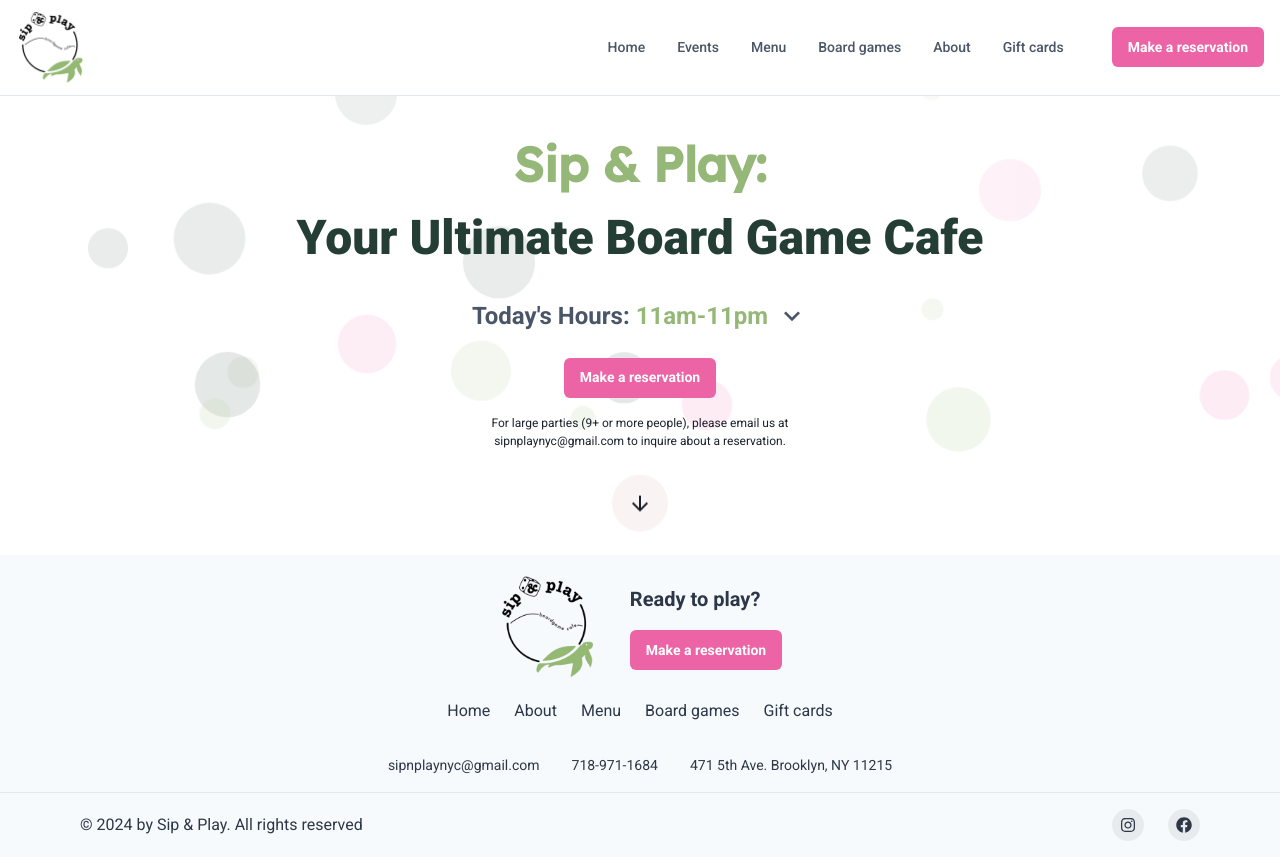
Repository: natespinetti/codedexsummerhackathon
Page: /
An editor plug-in stored every save of this project. The page is shown before and after the next save, followed by the edit.
The browser window is 1280 px wide. The pictures show the whole page.
The project was rebuilt for these pictures with package versions that can differ from the ones it lists, and the page was loaded fresh each time. The framework's server and built-in components were replaced by stand-ins that run in the browser. Also part of the build but not shown: next.config.mjs.

Above is the page before, as saved 2024-07-11 16:43:04.

After the next save:
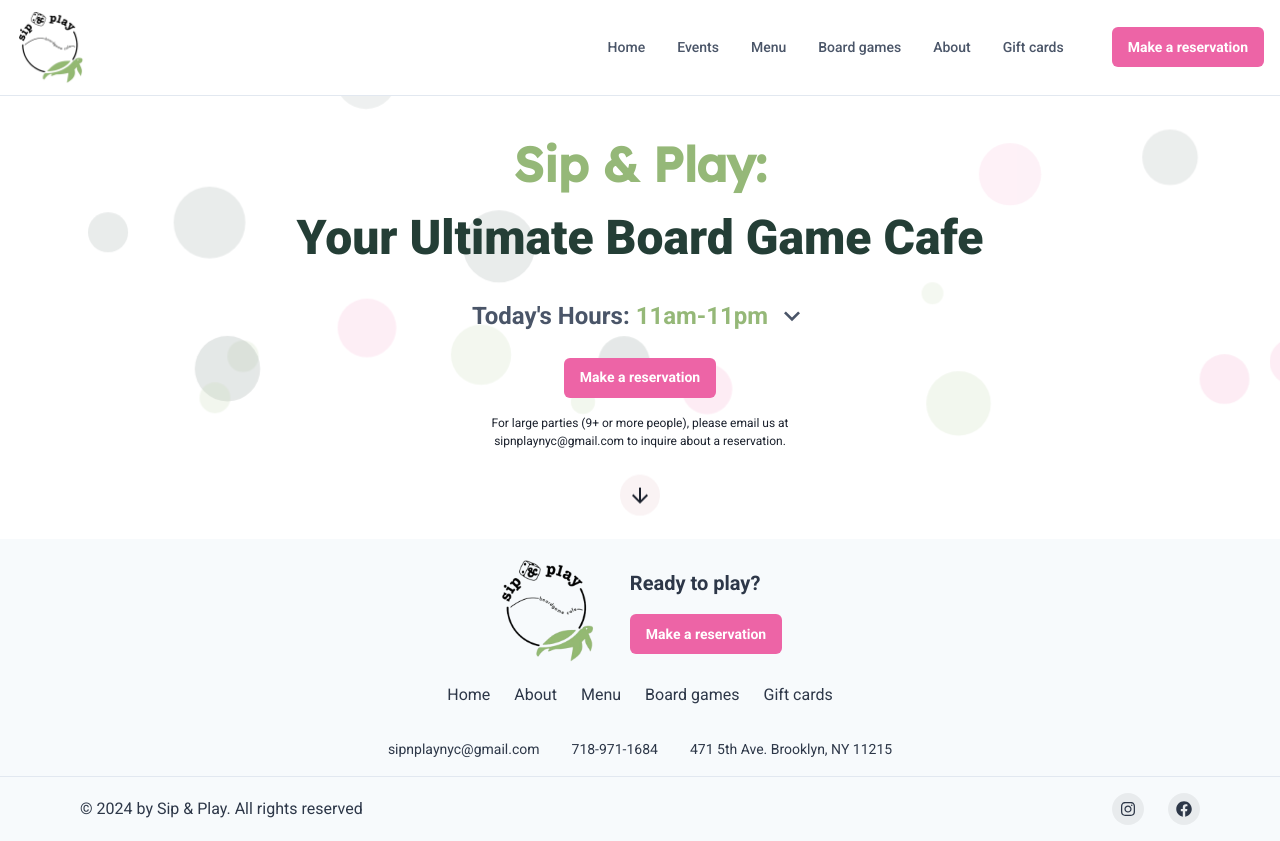
Saved 4 s later.
--- a/app/components/HomeHero.tsx
+++ b/app/components/HomeHero.tsx
@@ -124,7 +124,7 @@
           </Text>
           <Box
             bg="rgba(246, 232, 234, 0.5)"
-            p="1rem"
+            p=".5rem"
             borderRadius="50%"
             animation={`${upDownAnimation} 4s ease-in-out infinite`}
           >
